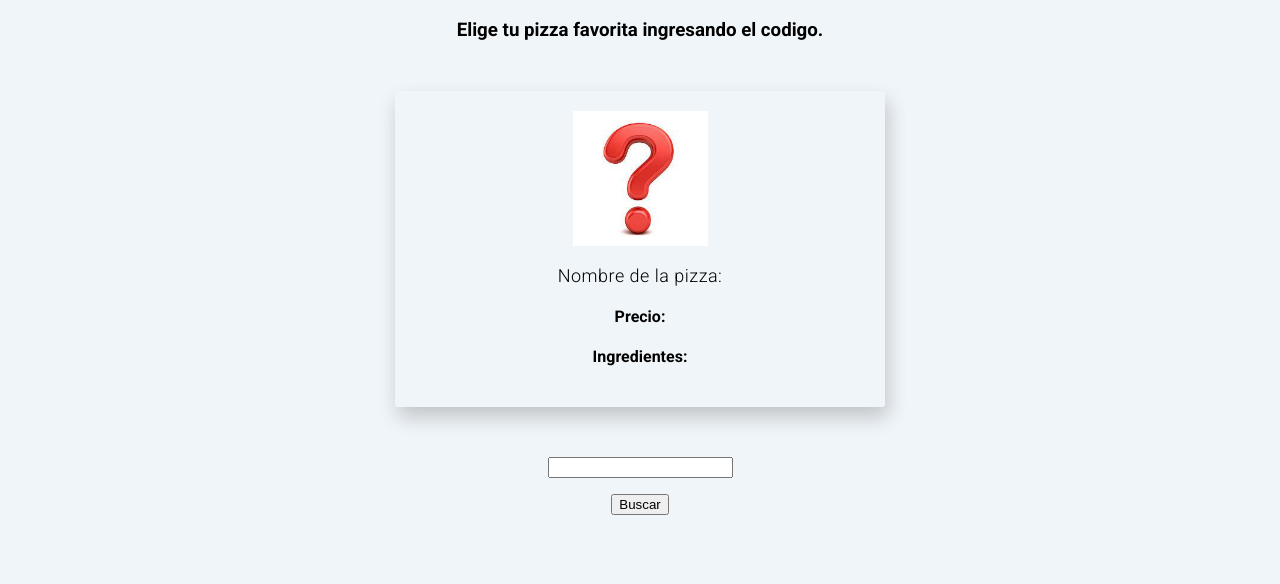
Repository: lucas-itup/E1-JAVASCRIPT
Page: index.html
An editor plug-in stored every save of this project. The page is shown before and after the next save, followed by the edit.
The browser window is 1280 px wide. The pictures show the whole page.
Some web libraries are served in a nearby version.

Above is the page before, as saved 2022-09-27 23:02:58.

### index.html
<!DOCTYPE html>
<html lang="en">

<head>
    <meta charset="UTF-8">
    <meta http-equiv="X-UA-Compatible" content="IE=edge">
    <meta name="viewport" content="width=device-width, initial-scale=1.0">
    <link rel="stylesheet" href="/stylesheet/styles.css">
    <title>E1-JAVASCRIPT</title>
    <link href="https://fonts.googleapis.com/css?family=Roboto:300,400,700&display=swap" rel="stylesheet">
    <script src="https://kit.fontawesome.com/c8ee3dd930.js"></script>
</head>

<body>
    <div id="listado-pizzas" style="text-align: center;">
        <div>
            <h3>Elige tu pizza favorita ingresando el codigo.</h3>
            <div class="card">
                <img id="img-pizza" src="" alt="Avatar" style="width:30%">
                <div class="container">
                    <h2>Nombre de la pizza: <span id="nombre-pizza"> </span></h2>
                    <h4>Precio: <span id="precio-pizza"></span></h4>
                    <h4>Ingredientes: <span id="ingredientes-pizza"></span></h4>
                </div>
            </div>
        </div>
        <div>
            <input type="number" value="" id="value-id">
            <p id="input-vacio"> </p>
            <button onclick="buscarPizza()" type="button">Buscar</button>
        </div>
    </div>

    <script src="/assets/index.js"></script>
</body>

</html>

### stylesheet/styles.css
body {
    font-family: 'Roboto', sans-serif;
    background: #f0f5f9;
}

input[type=text] {
    width: 100%;
    border: 2px solid #aaa;
    border-radius: 4px;
    margin: 8px 0;
    outline: none;
    padding: 8px;
    box-sizing: border-box;
    transition: .3s;
}

input[type=text]:focus {
    border-color: dodgerBlue;
    box-shadow: 0 0 8px 0 dodgerBlue;
}

.card {
    position: relative;
    margin: 50px auto;
    width: 450px;
    padding: 20px;
    box-shadow: 3px 10px 20px rgba(0, 0, 0, 0.2);
    border-radius: 3px;
    border: 0;
    .circle {
        border-radius: 3px;
        width: 150px;
        height: 150px;
        background: black;
        position: absolute;
        right: 0px;
        top: 0;
        background-image: linear-gradient(to top, #fbc2eb 0%, #a6c1ee 100%);
        border-bottom-left-radius: 170px;
    }
    .content {
        margin-top: 25px;
        display: flex;
        flex-direction: column;
    }
    h1 {
        font-size: 34px;
        font-weight: bold;
        margin-bottom: 0;
    }
    h2 {
        font-size: 18px;
        letter-spacing: 0.5px;
        font-weight: 300;
    }
    .social {
        margin-bottom: 5px;
        a {
            text-decoration: none !important;
            color: black;
            margin-left: 8px;
            font-weight: 300;
            i {
                font-weight: 400;
            }
        }
    }
    .location {
        display: flex;
        align-items: center;
        justify-content: center;
        flex-direction: column;
        i {
            color: red;
        }
        p {
            font-weight: 300;
        }
    }
}

### assets/index.js
window.onload = (event) => {
    var precioPizza = document.getElementById('precio-pizza');
    var nombrePizza = document.getElementById('nombre-pizza');
    var ingredientesPizza = document.getElementById('ingredientes-pizza');
    var imgPizza = document.getElementById("img-pizza");
    console.log(localStorage.getItem);

    if (localStorage.length > 0) {
        precioPizza.textContent = localStorage.getItem("precioPizza");

        nombrePizza.textContent = localStorage.getItem("nombrePizza");

        ingredientesPizza.textContent = localStorage.getItem("ingredientesPizza");

        imgPizza.setAttribute('src', localStorage.getItem("imagenPizza"));
    } else {
        imgPizza.setAttribute('src', '/img/descarga (4).jpg');
    }
};
let pizza1 = {
    id: '1',
    nombre: 'Muzarella',
    ingredientes: [
        'tomate', 'muzarella', 'oregano'
    ],
    precio: '600',
    imagen: '/img/descarga (1).jpg',
}
let pizza2 = {
    id: '2',
    nombre: 'Napolitana',
    ingredientes: [
        'jamon', 'huevo', 'queso'
    ],
    precio: '300',
    imagen: '/img/descarga (2).jpg',
}
let pizza3 = {
    id: '3',
    nombre: 'Americana',
    ingredientes: [
        'huevoFrito', 'peperoni', 'roquefort'
    ],
    precio: '200',
    imagen: '/img/descarga (3).jpg',
}
let pizza4 = {
    id: '4',
    nombre: 'Rucula',
    ingredientes: [
        'verduras', 'palmito', 'especias'
    ],
    precio: '500',
    imagen: '/img/descarga.jpg',
}
let pizza5 = {
    id: '5',
    nombre: 'Especial',
    ingredientes: [
        'salsa', 'harina', 'crema'
    ],
    precio: '800',
    imagen: '/img/images (1).jpg',
}
let pizza6 = {
    id: '6',
    nombre: 'DE_LA_CASA',
    ingredientes: [
        'anchoas', 'pimientos', 'hongos'
    ],
    precio: '900',
    imagen: '/img/images.jpg',
}

let pizzas = [pizza1, pizza2, pizza3, pizza4, pizza5, pizza6]
let listado = document.getElementById('listado-pizzas');

const buscarPizza = () => {
    let valueid = document.getElementById('value-id').value;
    var precioPizza = document.getElementById('precio-pizza');
    var nombrePizza = document.getElementById('nombre-pizza');
    var ingredientesPizza = document.getElementById('ingredientes-pizza');
    var inputVacio = document.getElementById('input-vacio');
    var imgPizza = document.getElementById("img-pizza");
    inputVacio.textContent = "";
    precioPizza.textContent = "";
    nombrePizza.textContent = "";
    imgPizza.setAttribute('src', '/img/descarga (4).jpg');

    if (valueid == "") return inputVacio.textContent = "Debes ingresar un valor numerico."

    var found = pizzas.find(function(post, index) {
        inputVacio.textContent = ""
        if (post.id == valueid) {
            precioPizza.textContent = post.precio;
            localStorage.setItem("precioPizza", post.precio);
            nombrePizza.textContent = post.nombre;
            localStorage.setItem("nombrePizza", post.nombre);
            ingredientesPizza.textContent = post.ingredientes.join(", ");
            localStorage.setItem("ingredientesPizza", post.ingredientes.join(", "));
            imgPizza.setAttribute('src', post.imagen);
            localStorage.setItem("imagenPizza", post.imagen);
            return true;
        }
    });

    if (found == undefined) return inputVacio.textContent = "El codigo ingresado es incorrecto."


}

After the next save:
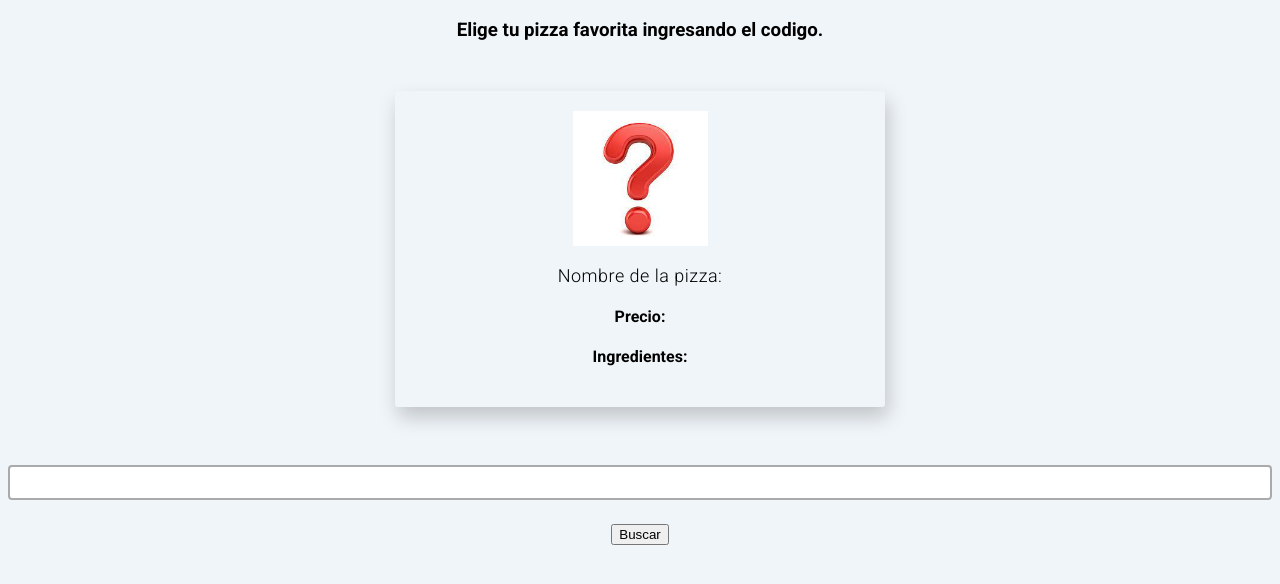
Saved 27 s later.
--- a/stylesheet/styles.css
+++ b/stylesheet/styles.css
@@ -3,7 +3,7 @@ body {
     background: #f0f5f9;
 }
 
-input[type=text] {
+input[type=number] {
     width: 100%;
     border: 2px solid #aaa;
     border-radius: 4px;
@@ -14,7 +14,7 @@ input[type=text] {
     transition: .3s;
 }
 
-input[type=text]:focus {
+input[type=number]:focus {
     border-color: dodgerBlue;
     box-shadow: 0 0 8px 0 dodgerBlue;
 }
